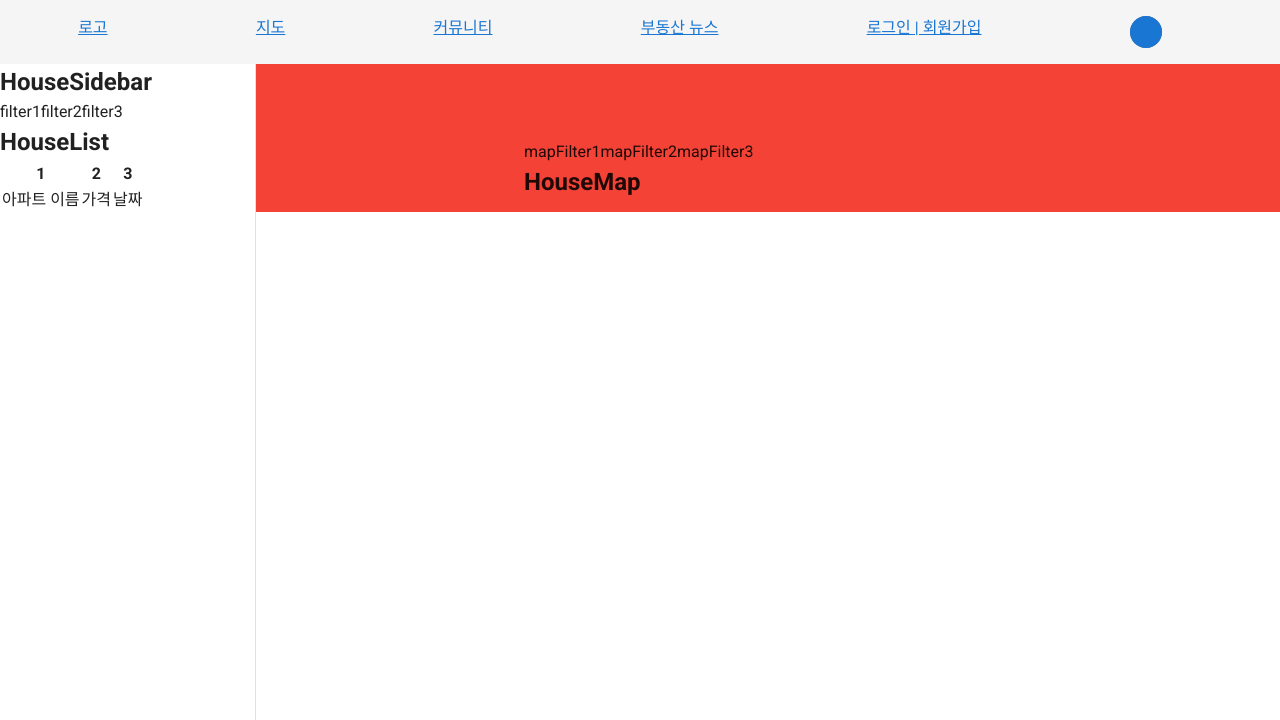
Repository: misso88/vue-whereIsMyHome
Page: /map
The author's editor kept a copy of each file at every save. The page is drawn from the files as they stood at one save, then again after the next save.
The browser window is 1280 px wide. The pictures show the whole page.
The project was rebuilt for these pictures with package versions that can differ from the ones it lists, and the page was loaded fresh each time. Also part of the build but not shown: vue.config.js, src/views/AppMain.vue, src/views/AppNews.vue.

Above is the page before, as saved 2022-11-16 10:26:34.

### public/index.html
<!DOCTYPE html>
<html lang="en">
  <head>
    <meta charset="utf-8" />
    <meta http-equiv="X-UA-Compatible" content="IE=edge" />
    <meta name="viewport" content="width=device-width,initial-scale=1.0" />
    <link rel="icon" href="<%= BASE_URL %>favicon.ico" />
    <title><%= htmlWebpackPlugin.options.title %></title>
    <link
      rel="stylesheet"
      href="https://fonts.googleapis.com/css?family=Roboto:100,300,400,500,700,900"
    />
    <link
      rel="stylesheet"
      href="https://cdn.jsdelivr.net/npm/@mdi/font@latest/css/materialdesignicons.min.css"
    />
    <link
      rel="stylesheet"
      href="https://fonts.googleapis.com/css?family=Roboto:100,300,400,500,700,900"
    />
    <link
      rel="stylesheet"
      href="https://cdn.jsdelivr.net/npm/@mdi/font@latest/css/materialdesignicons.min.css"
    />
    <!-- <style>
      html{
        overflow-y: hidden !important;
      }
    </style> -->
  </head>
  <body>
    <noscript>
      <strong
        >We're sorry but <%= htmlWebpackPlugin.options.title %> doesn't work properly without
        JavaScript enabled. Please enable it to continue.</strong
      >
    </noscript>
    <div id="app"></div>
    <!-- built files will be auto injected -->
  </body>
</html>

### src/App.vue
<template>
  <v-app>
    <v-app-bar app elevation="0" absolute clipped-left>
      <the-header></the-header>
    </v-app-bar>
    <v-main>
      <router-view></router-view>
    </v-main>
  </v-app>
</template>

<script>
import TheHeader from "@/components/layout/TheHeader";

export default {
  name: "App",
  components: {
    TheHeader,
  },
};
</script>

### src/router/index.js
import Vue from 'vue'
import VueRouter from 'vue-router'

import AppMain from '@/views/AppMain'
import AppHouse from '@/views/AppHouse'
// import AppCommunity from '@/views/AppCommunity'
import AppNews from '@/views/AppNews'
// import AppMember from '@/views/AppMember'


Vue.use(VueRouter)

const routes = [
  {
    path: '/',
    name: 'main',
    component: AppMain
  },
  {
    path: '/map',
    name: 'map',
    component: AppHouse
  },
  {
    path: '/community',
    name: 'community',
    component: () => import("@/views/AppCommunity"),
    redirect: "/community/list",
    children: [
      {
        path: "list",
        name: "boardlist",
        component: () => import("@/components/board/BoardList")
      },
    ]
  },
  {
    path: '/news',
    name: 'news',
    component: AppNews
  },
  {
    path: '/member',
    name: 'member',
    component: () => import("@/views/AppMember"),
    children: [
      {
        path: "login",
        name: "login",
        component: () => import("@/components/member/MemberLogin")
      },
      {
        path: "join",
        name: "join",
        component: () => import("@/components/member/MemberJoin")
      },
    ]
  },
  {
    path: "/profile",
    name: "profile",
    component: () => import("@/views/TempProfile"),
    children: [
      {
        path: "mypage",
        name: "mypage",
        component: () => import("@/components/profile/ProfileMypage")
      },
      {
        path: "wishlist",
        name: "wishlist",
        component: () => import("@/components/profile/ProfileWishlist")
      },
      {
        path: "notice",
        name: "notice",
        component: () => import("@/components/profile/ProfileNotice")
      },
      {
        path: "helpcenter",
        name: "helpcenter",
        component: () => import("@/components/profile/ProfileHelpcenter")
      },
    ]
  },
]

const router = new VueRouter({
  mode: 'history',
  base: process.env.BASE_URL,
  routes
})

export default router

### src/store/index.js
import Vue from 'vue'
import Vuex from 'vuex'
import createPersistedState from "vuex-persistedstate";

Vue.use(Vuex)

export default new Vuex.Store({
  state: {
    type: null,
  },
  getters: {
  },
  mutations: {
    SET_TYPE (state, type) {
      state.type = type;
    },
  },
  actions: {
  },
  modules: {},
  plugins: [
    createPersistedState({
      // 브라우저 종료시 제거하기 위해 localStorage가 아닌 sessionStorage로 변경. (default: localStorage)
      storage: sessionStorage,
    }),
  ],

})

### src/components/layout/TheHeader.vue
<template>
  <v-row  class="d-flex justify-space-around">
    <router-link
      v-for="item in header" :key="item.name"
      :to="{ name: item.name}" > {{ item.title }}</router-link>
    <!-- 프로필 -->
     <v-avatar
          class="mr-10"
          color="grey darken-1"
          size="32"
        >
      <v-menu offset-y>
      <template v-slot:activator="{ on, attrs }">
        <v-btn
          color="primary"
          dark
          v-bind="attrs"
          v-on="on"
        >
          <!-- 프로필 이미지 -->
        </v-btn>
      </template>
      <v-list>
        <v-list-item
          v-for="(item, index) in profile"
          :key="index"
        >
          <router-link :to="{ name: item.name}" > {{ item.title }}</router-link>
        </v-list-item>
      </v-list>
    </v-menu>
    </v-avatar>


  </v-row>
</template>

<script>
export default {
    name: "TheHeader",
    data() {
        return {
          header: [],
          profile: []
        };
    },
    created() {
      this.header = [
        {
          name: "main",
          title: "로고"
        },
        {
          name: "map",
          title: "지도"
        },
        {
          name: "community",
          title: "커뮤니티"
        },
        {
          name: "news",
          title: "부동산 뉴스"
        },
        {
          name: "login",
          title: "로그인 | 회원가입"
        },
      ],
      this.profile = [
        {
          name: "mypage",
          title: "내정보"
        },
        {
          name: "wishlist",
          title: "찜 목록"
        },
        {
          name: "notice",
          title: "공지사항"
        },
        {
          name: "helpcenter",
          title: "고객센터"
        },
        {
          name: "mypage",
          title: "로그아웃"
        },
      ]
    }
}
</script>

<style>

</style>

### src/views/AppHouse.vue
<template>
  <v-main class="red">
    <v-navigation-drawer app permanent clipped fixed>
      <house-sidebar></house-sidebar>
    </v-navigation-drawer>
    <v-container fluid>
      <house-map></house-map>
    </v-container>
  </v-main>
</template>

<script>
import HouseSidebar from "@/components/house/sidebar/HouseSidebar";
import HouseMap from "@/components/house/map/HouseMap";

export default {
  name: "AppHouse",
  components: {
    HouseSidebar,
    HouseMap
  }
};
</script>

<style>

</style>

### src/components/house/sidebar/HouseSidebar.vue
<template>
  <div>
    <h2>HouseSidebar</h2>
    <house-list-filter></house-list-filter>
    <house-list></house-list>
  </div>
</template>

<script>
import HouseList from "@/components/house/sidebar/HouseList";
import HouseListFilter from "@/components/house/sidebar/HouseListFilter";

export default {
    name: "HouseSidebar",
    components: {
        HouseList,
        HouseListFilter
    }
};
</script>

<style>

</style>

### src/components/house/map/HouseMap.vue
<template>
  <div>
    <house-map-filter></house-map-filter>
    <h2>HouseMap</h2>
  </div>
</template>

<script>
import HouseMapFilter from "@/components/house/map/HouseMapFilter";
export default {
    name: "HouseMap",
    components: {
        HouseMapFilter
    }
}
</script>

<style>

</style>

### src/components/house/sidebar/HouseList.vue
<template>
  <div>
    <h2>HouseList</h2>
    <table>
        <thead>
            <th>1</th>
            <th>2</th>
            <th>3</th>
        </thead>
        <house-list-item></house-list-item>
    </table>
    <house-detail></house-detail>
  </div>
</template>

<script>
import HouseListItem from "@/components/house/sidebar/HouseListItem";
export default {
    name: "HouseList",
    components: {
        HouseListItem
    },
};
</script>

<style>

</style>

### src/components/house/sidebar/HouseListFilter.vue
<template>
  <div>
    <button>filter1</button>
    <button>filter2</button>
    <button>filter3</button>
  </div>
</template>

<script>
export default {
    name: "HouseListFilter"
}
</script>

<style>

</style>

### src/components/house/map/HouseMapFilter.vue
<template>
  <div>
    <button>mapFilter1</button>
    <button>mapFilter2</button>
    <button>mapFilter3</button>
  </div>
</template>

<script>
export default {
    name: "HouseMapFilter"
}
</script>

<style>

</style>

### src/components/house/sidebar/HouseListItem.vue
<template>
  <tr>
    <td>아파트 이름</td>
    <td>가격</td>
    <td>날짜</td>
  </tr>
</template>

<script>
    export default {
        name: "HouseListItem",
    }
</script>

<style>

</style>

Loaded but not shown: src/main.js (common file); src/plugins/vuetify.js (common file)

After the next save:
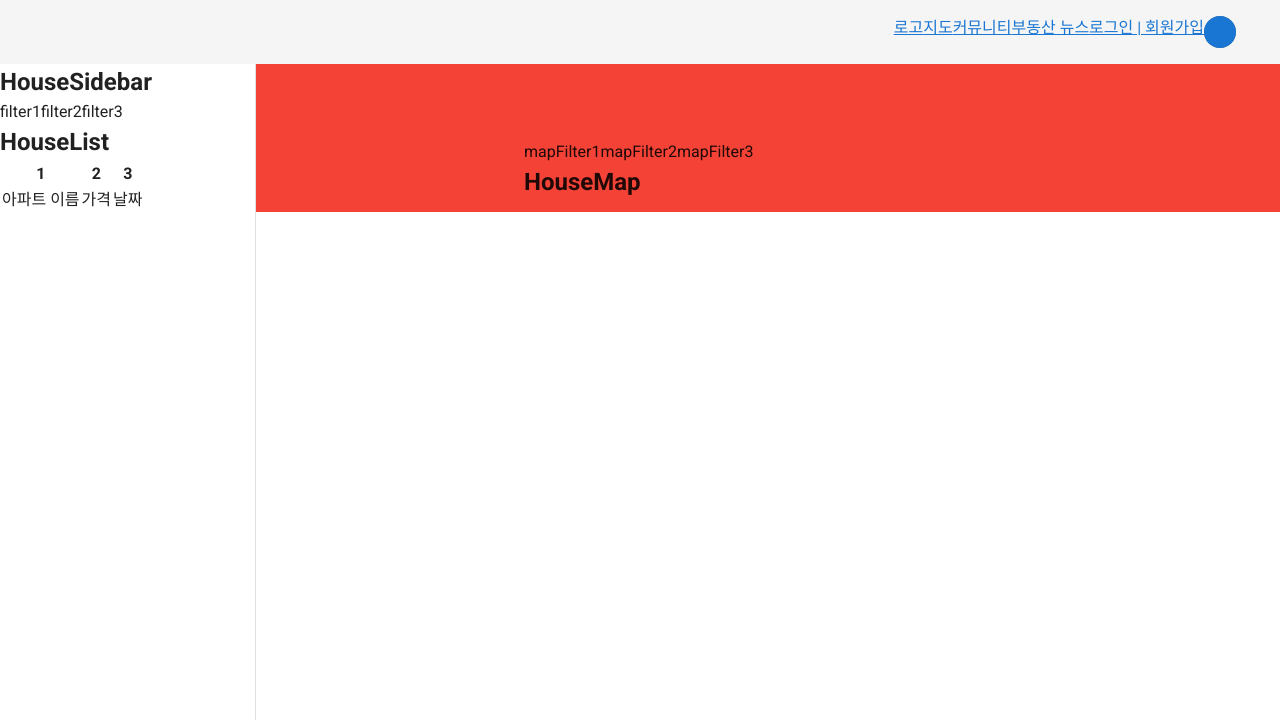
Saved 62 s later.
--- a/src/components/layout/TheHeader.vue
+++ b/src/components/layout/TheHeader.vue
@@ -1,5 +1,6 @@
 <template>
   <v-row  class="d-flex justify-space-around">
+    <v-spacer></v-spacer>
     <router-link
       v-for="item in header" :key="item.name"
       :to="{ name: item.name}" > {{ item.title }}</router-link>

After the save that followed:
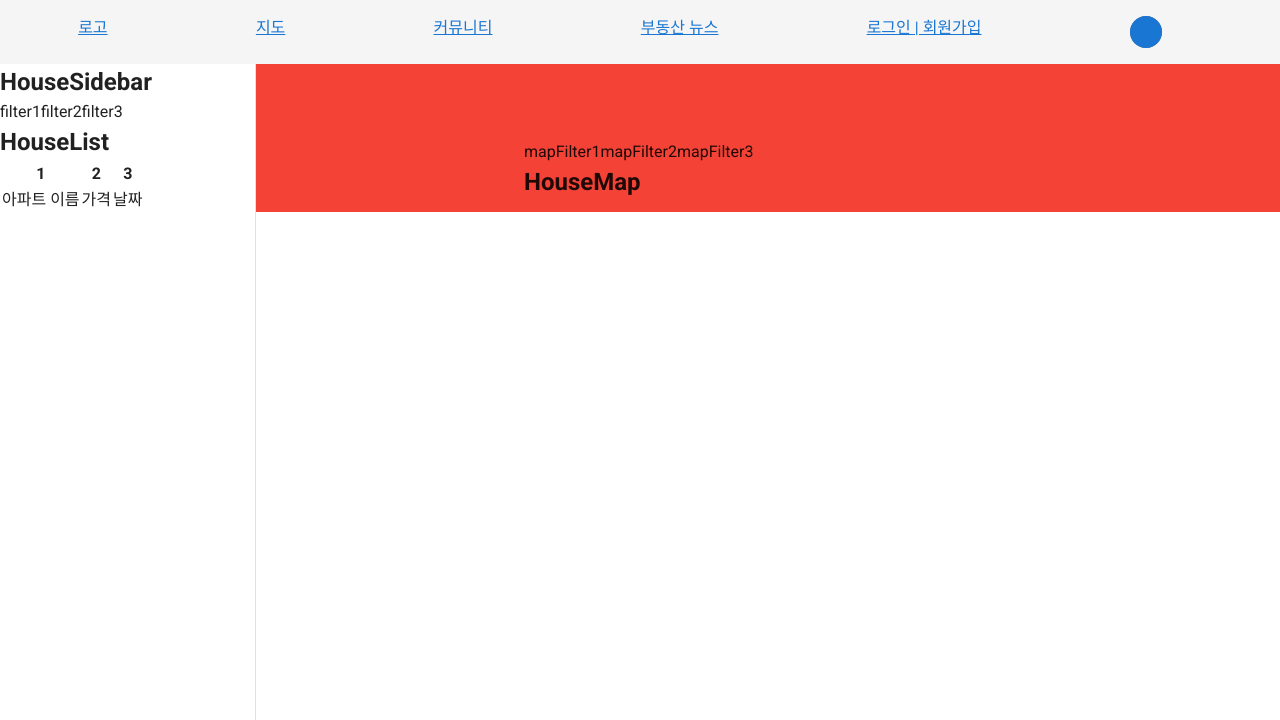
Saved 5 s later.
--- a/src/components/layout/TheHeader.vue
+++ b/src/components/layout/TheHeader.vue
@@ -1,6 +1,6 @@
 <template>
   <v-row  class="d-flex justify-space-around">
-    <v-spacer></v-spacer>
+
     <router-link
       v-for="item in header" :key="item.name"
       :to="{ name: item.name}" > {{ item.title }}</router-link>
